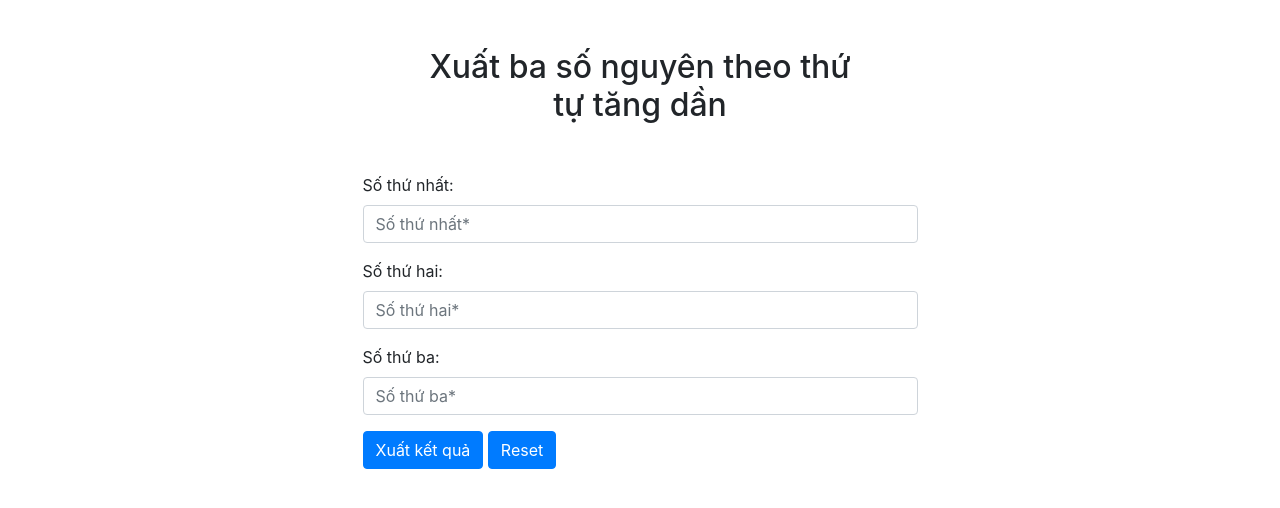
Repository: dovanthao2404/BC14_BaiTap_JS_Buoi_4_dovanthao
Page: html/bai3.html
An editor plug-in stored every save of this project. The page is shown before and after the next save, followed by the edit.
The browser window is 1280 px wide. The pictures show the whole page.

Above is the page before, as saved 2021-07-02 01:45:31.

After the next save:
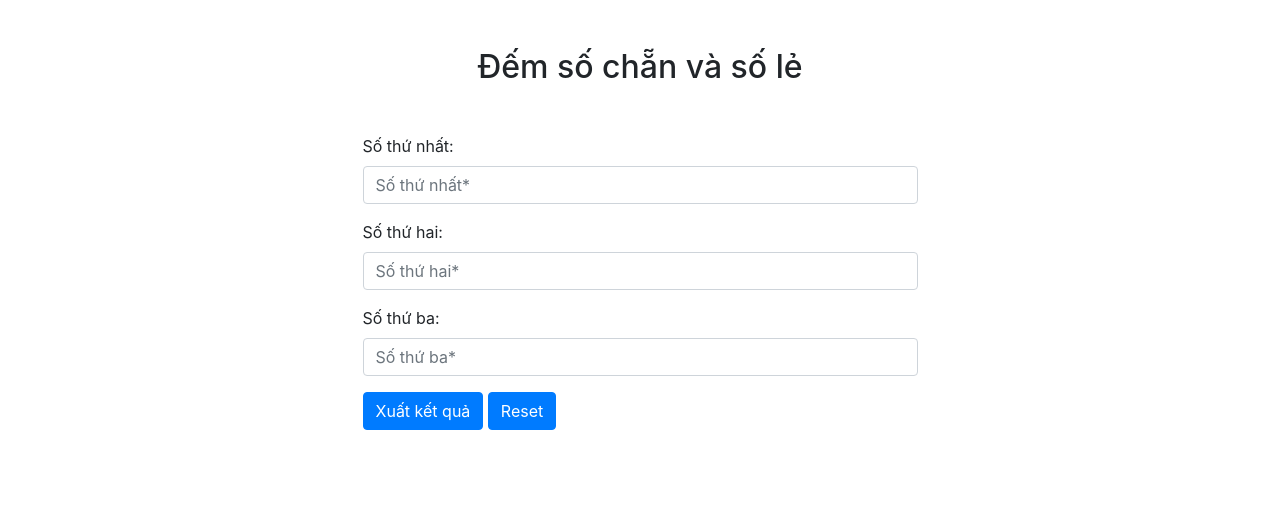
Saved 23 s later.
--- a/html/bai3.html
+++ b/html/bai3.html
@@ -15,7 +15,7 @@
 <body>
   <div class="container">
     <form class="w-50 mx-auto">
-      <h2 class="text-center px-5 my-5">Xuất ba số nguyên theo thứ tự tăng dần</h2>
+      <h2 class="text-center px-5 my-5">Đếm số chẵn và số lẻ</h2>
       <div class="form-group">
         <label for="number-1">Số thứ nhất: </label>
         <input type="text" name="" id="number-1" class="form-control" placeholder="Số thứ nhất*">
